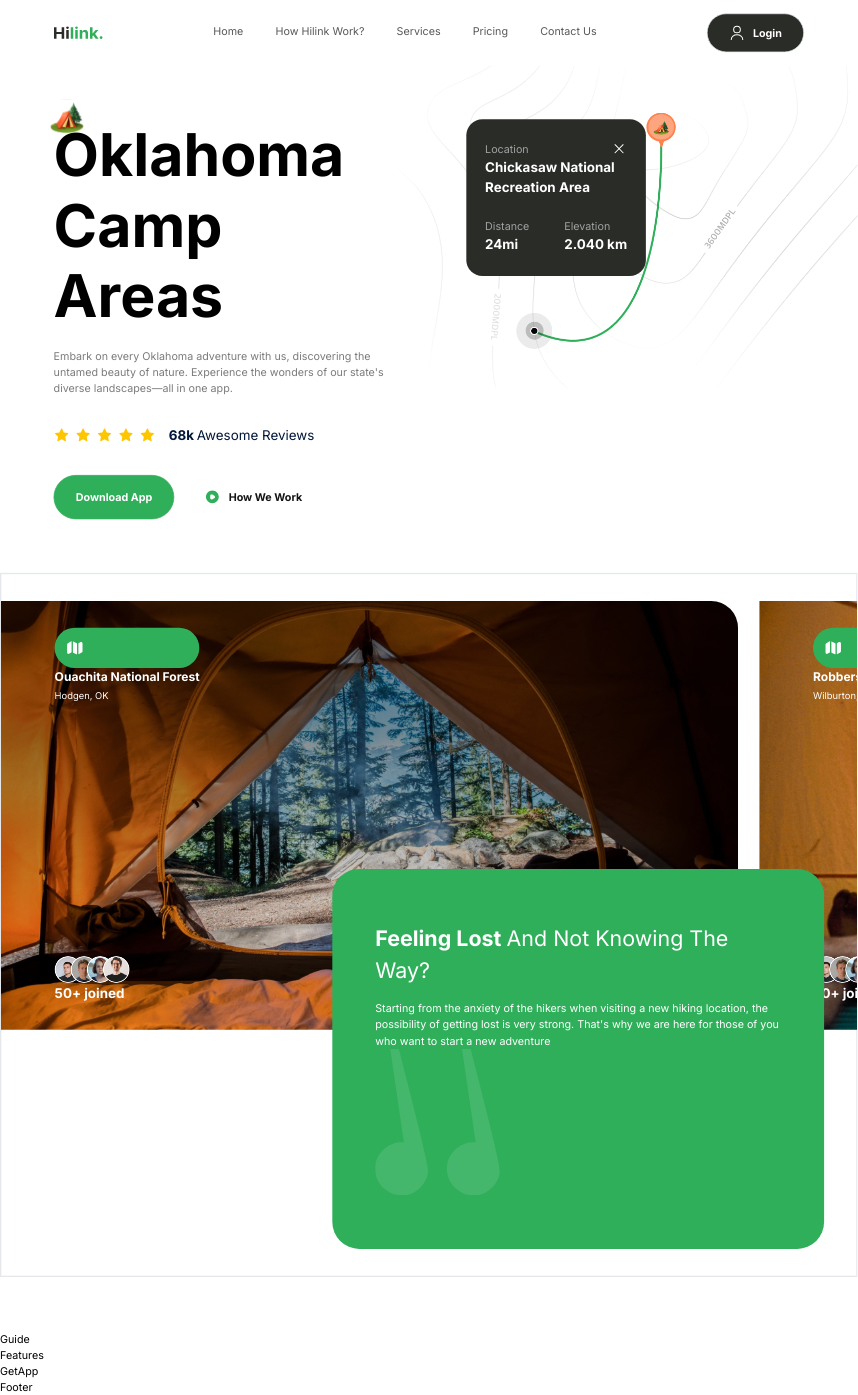
Repository: MikeeBuilds/camp
Page: /
The author's editor kept a copy of each file at every save. The page is drawn from the files as they stood at one save, then again after a run of saves.
The browser window is 1280 px wide. The pictures show the whole page, at 67% of full size.
The project was rebuilt for these pictures with package versions that can differ from the ones it lists, and the page was loaded fresh each time. The framework's server and built-in components were replaced by stand-ins that run in the browser. Also part of the build but not shown: next.config.js.

Above is the page before, as saved 2023-11-24 22:28:55.

### app/layout.tsx
import type { Metadata } from 'next'

import './globals.css'
import Navbar from '@/components/Navbar'
import Footer from '@/components/Footer'


export const metadata: Metadata = {
  title: 'Travel',
  description: 'Travel UI/UX App for camping',
}

export default function RootLayout({
  children,
}: {
  children: React.ReactNode
}) {
  return (
    <html lang="en">
      <body className="">
        <Navbar/>
        <main className='relative overflow-hidden'>
        {children}
        </main>
        <Footer/>
      </body>
    </html>
  )
}

### app/page.tsx
import Camp from "@/components/Camp";
import Features from "@/components/Features";
import GetApp from "@/components/GetApp";
import Guide from "@/components/Guide";
import Hero from "@/components/Hero";

export default function Home() {
  return (
    <>
      <Hero/>
      <Camp/>
      <Guide/>
      <Features/>
      <GetApp/>
    </>
  )
}

### components/Navbar.tsx
import { NAV_LINKS } from '@/constants'
import Image from 'next/image'
import Link from 'next/link'
import Button from './Button'

const Navbar = () => {
    return (
        <nav className="flexBetween max-container padding-container relative z-30 py-5">
            <Link href="/">
                <Image src="/hilink-logo.svg" alt="logo" width={74} height={29} />
            </Link>

            <ul className="hidden h-full gap-12 lg:flex">
                {NAV_LINKS.map((link) => (
                    <Link href={link.href} key={link.key} className="regular-16 text-gray-50 flexCenter cursor-pointer pb-1.5 transition-all hover:font-bold">
                        {link.label}
                    </Link>
                ))}
            </ul>

            <div className='lg:flexCenter hidden'>
                <Button
                    type="button"
                    title="Login"
                    icon="/user.svg"
                    variant="btn_dark_green"
                />
            </div>

            <Image
                src="menu.svg"
                alt='menu'
                width={32}
                height={32}
                className='inline-block cursor-pointer lg:hidden'
            />
        </nav>
    )
}

export default Navbar

### components/Camp.tsx
import { PEOPLE_URL } from "@/constants";
import Image from "next/image";

interface CampProps {
  backgroundImage: string;
  title: string;
  subtitle: string;
  peopleJoined: string
}


const CampSite = ({ backgroundImage, title, subtitle, peopleJoined }: CampProps) => {
  return (
    <div className={`h-full w-full min-w-[1100px] ${backgroundImage} bg-cover bg-no-repeat lg:rounded-r-5xl 2xl:rounded-5xl`}>
      <div className="flex h-full flex-col items-start justify-between p-6 lg:px-20 lg:py-10">
        <div className="flex-center gap-4">
          <div className="rounded-full bg-green-50 p-4">
            <Image
              src="/folded-map.svg"
              alt="map"
              width={28}
              height={28}
            />
          </div>
          <div className="flex flex-col gap-1">
            <h4 className="bold-18 text-white">
              {title}
            </h4>
            <p className="regular-14 text-white">
              {subtitle}
            </p>
          </div>
        </div>
        <div className="flex-center gap-6">
          <span className="flex -space-x-4 overflow-hidden">
            {PEOPLE_URL.map((url) => (
              <Image
                src={url}
                key={url}
                alt="person"
                width={52}
                height={52}
                className="inline-block h-10 w-10 rounded-full"
              />
            ))}
          </span>
          <p className="bold-16 md:bold-20 text-white">{peopleJoined}</p>
        </div>
      </div>
    </div>
  )
};


const Camp = () => {
  return (
    <section className='border-2 2xl:max-container
    relative flex flex-col py-10 lg:mb-20 xl:mb-20'>
      <div className='hide-scrollbar flex h-[340px] w-full items-start
      justify-start gap-8 overflow-x-auto lg:h-[400px] xl:h-[640px]'>
        <CampSite
          backgroundImage="bg-bg-img-1"
          title="Ouachita National Forest"
          subtitle="Hodgen, OK"
          peopleJoined="50+ joined"
        />
        <CampSite
          backgroundImage="bg-bg-img-2"
          title="Robbers Cave State Park"
          subtitle="Wilburton, OK"
          peopleJoined="50+ joined"
        />
      </div>

      <div className="flexEnd mt-10 px-6 lg:-mt-60 lg:mr-6">
        <div className="bg-green-50 p-8 lg:max-w-[500px] xl:max-w-[734px] xl:rounded-5xl xl:px-16 xl:py-20 relative w-full overflow-hidden rounded-3xl">
          <h2 className="regular-24 md:regular-32 2xl:regular-64 capitalize text-white">
            <strong>Feeling Lost </strong>
            And Not Knowing The Way?
          </h2>
          <p className="regular-14 xl:regular-16 mt-5 text-white">
            Starting from the anxiety of the hikers when visiting a new hiking location,
            the possibility of getting lost is very strong. That's why we are here for those of you
            who want to start a new adventure
          </p>
          <Image
            src="/quote.svg"
            alt="camp-2"
            width={186}
            height={219}
          />
        </div>
      </div>
    </section>
  )
}

export default Camp

### components/Hero.tsx
import Image from 'next/image';
import React from 'react';
import Button from "./Button";

const Hero = () => {
  return (
    <section className=' max-container padding-container flex flex-col gap-20 py-10 pb-32 md:gap-28 lg:py-20 xl:flex-row'>
      <div className='hero-map' />

      {/* LEFT SIDE */}

      <div className='relative z-20 flex flex-1 flex-col xl:w-1/2'>
        <Image
          src="/camp.svg"
          alt='camp'
          height={50}
          width={50}
          className='absolute left-[-5px] top-[-30px] w-10 lg:w-[50px]'
        />

        <h1 className='bold-52 lg:bold-88'>
          Oklahoma Camp Areas
        </h1>
        <p className='regular-16 mt-6 text-gray-30 xl:max-w-[520px]'>
          Embark on every Oklahoma adventure with us, discovering the untamed beauty of nature.
          Experience the wonders of our state's diverse landscapes—all in one app.
        </p>
        <div className='my-11 flex flex-wrap gap-5'>
            <div className='flex items-center gap-2'>
              {Array(5).fill(1).map((_, index) => (
                <Image
                  src="/star.svg"
                  key={index}
                  alt='star'
                  height={24}
                  width={24}
                />
              ))}
            </div>

            <p className='bold-16 lg:bold-20 text-blue-70'>
              68k
              <span className='regular-16 lg:regular-20 ml-1'>Awesome Reviews</span>
            </p>
        </div>

        <div className='flex flex-col w-full gap-3 sm:flex-row'>
          <Button
            type='button'
            title='Download App'
            variant='btn_green'
          />
          <Button
          type='button'
          title='How We Work'
          icon='/play.svg'
          variant='btn_white_text'
        />
        </div>
      </div>

      <div className='relative flex flex-1 items-start'>
          <div className='relative z-20 flex w-[268px] flex-col gap-8 rounded-3xl bg-green-90 px-7 py-8'>


            <div className='flex flex-col'>
              <div className='flexBetween'>
                <p className='regu;ar-16 text-gray-20'>
                  Location
                </p>
                <Image
                  src="/close.svg"
                  alt='logo'
                  width={24}
                  height={24}
                />
              </div>
              <p className='bold-20 text-white'>Chickasaw National Recreation Area</p>
                </div>

              <div className='flexBetween'>
                <div className='flex flex-col'>
                  <p className='regular-16 block text-gray-20'>Distance</p>
                  <p className='bold-20 text-white'>24mi</p>
                </div>
                <div className='flex flex-col'>
                  <p className='regular-16 block text-gray-20'>Elevation</p>
                  <p className='bold-20 text-white'>2.040 km</p>
                </div>
              </div>
            </div>
          </div>
    </section>
  )
}

export default Hero

### components/Button.tsx
import Image from "next/image";

type ButtonProps = {
    type: 'button' | "submit";
    title: string;
    icon?: string;
    variant: 'btn_dark_green'
}


const button = ({ type, title, icon, variant}: ButtonProps) => {
  return (
    <button
        className={`flexCenter gap-3 rounded-full border ${variant}`}
        type={type}
    >
        {icon && <Image src={icon} alt={title} width={24} height={24}/>}
        <label className="bold-16 whitespace-nowrap">{title}</label>
    </button>
  )
}

export default button

Loaded but not shown: app/globals.css (common file); components/Footer.tsx (common file); components/Features.tsx (common file); components/GetApp.tsx (common file); components/Guide.tsx (common file); constants/index.ts (common file); tailwind.config.ts (common file)

After the next 2 saves:
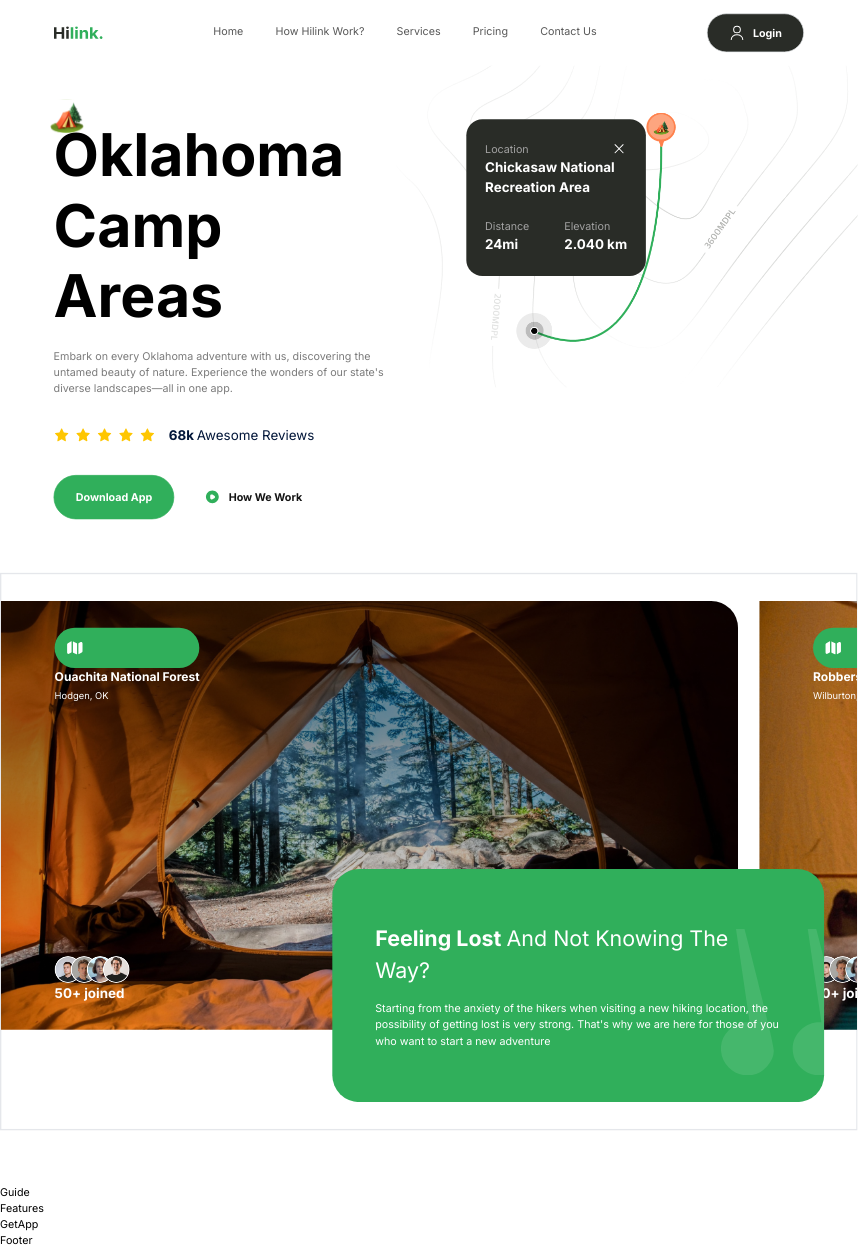
The 2 saves are shown as one change because they came seconds apart.
The last was saved 15 s later.
--- a/components/Camp.tsx
+++ b/components/Camp.tsx
@@ -88,6 +88,7 @@ const Camp = () => {
             alt="camp-2"
             width={186}
             height={219}
+            className="camp-quote"
           />
         </div>
       </div>
